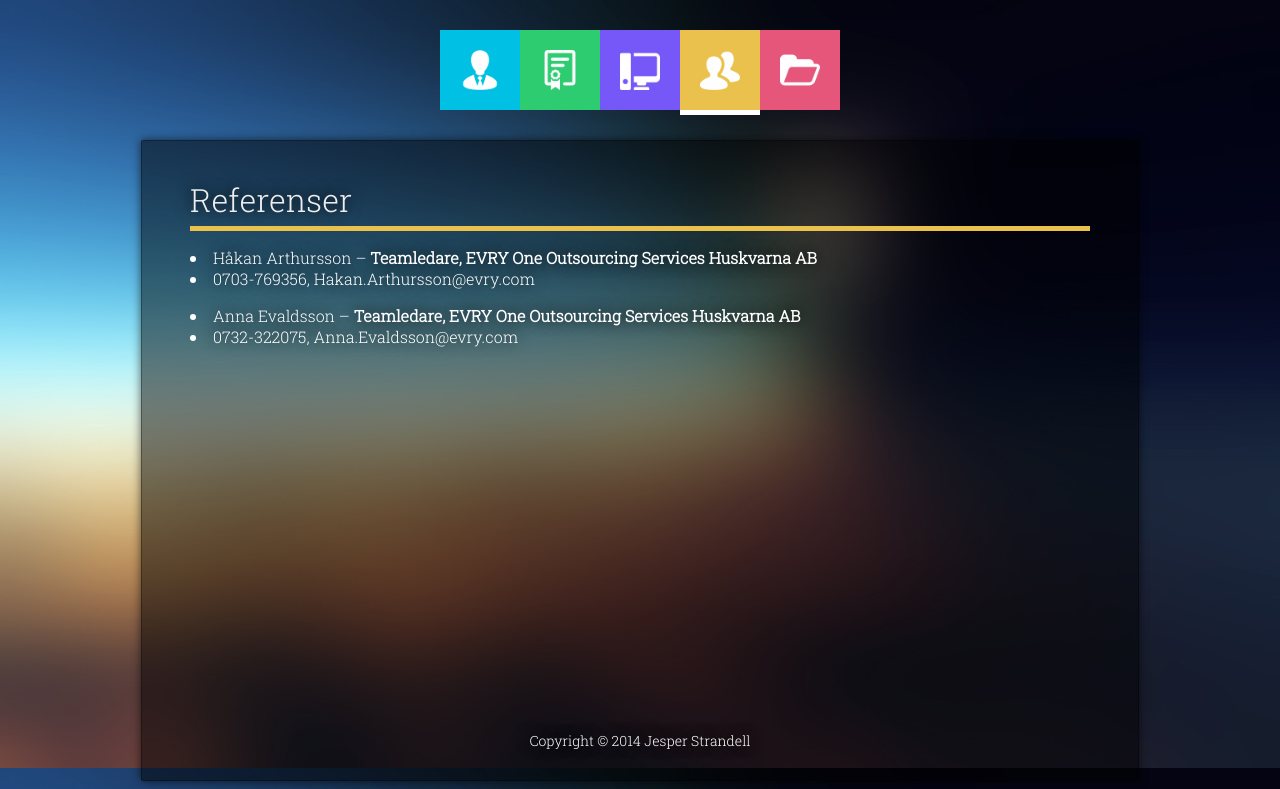
Repository: ja222vv/minipage
Page: pages/references.html
The author's editor kept a record of every edit. The page is drawn from the files as they stood at one moment, then again after the next edit.
The browser window is 1280 px wide. The pictures show the whole page.
Backgrounds fixed to the window are drawn as part of the page.

Above is the page before.
Not found: pages/scripts/script.js

### pages/references.html
<!doctype html>
<html lang="sv">
    <head>
        <meta charset="UTF-8" />
        <title>Portfolio</title>
        <link rel="stylesheet" href="../css/style.css" />
        <link rel="stylesheet" href="../css/hover.css" />
    </head>
    <body>
        <div class="menu">
            <div class="tile blue shrink" id="aboutme">
                <a href="../index.html">
            	<img src="../css/pics/personimage.png" class="icon" />
            	<span class="title"></span>
                </a>
            </div>
            <div class="tile mint shrink" id="experience">
                <a href="experience.html" id="link_exp">
            	<img src="../css/pics/diploma.png" class="icon" />
            	<span class="title"></span>
            	</a>
            </div>
            <div class="tile purple shrink" id="knowledge">
                <a href="knowledge.html">
            	<img src="../css/pics/workstation.png" class="icon" />
                <span class="title"></span>
                </a>
            </div>
            <div class="tile yellow active shrink" id="references">
                <a href="#">
                <img src="../css/pics/group.png" class="icon" />
            	<span class="title"></span>
                </a>
            </div>
            <div class="tile red shrink" id="portfolio">
            	<a href="portfolio.html">
            	<img src="../css/pics/folder.png" class="icon" />
            	<span class="title"></span>
            	</a>
            </div>
        </div>
        <div class="container">
		    <div class="headeryellow">
                <h1>Referenser</h1>
            </div>
            <div class="subcontent">
                <p>
                    <li>Håkan Arthursson – <b>Teamledare, EVRY One Outsourcing Services Huskvarna AB</b></li>
                    <li>0703-769356, Hakan.Arthursson@evry.com</li>
                </p>
                <p>
                    <li>Anna Evaldsson – <b>Teamledare, EVRY One Outsourcing Services Huskvarna AB</b></li>
                    <li>0732-322075, Anna.Evaldsson@evry.com</li>
                </p>
            </div>
		    <div class="footer">
		        <p>Copyright © 2014 Jesper Strandell</p>
		    </div>
        </div>
        <script type="text/javascript" src="scripts/script.js"></script>
    </body>
</html>

### css/style.css
@import url(//fonts.googleapis.com/css?family=Roboto+Slab:300);

@font-face {
    font-family: LeagueScript;
    src: url('LeagueScript.otf');
}

/*
outline: 7px solid rgba(255,255,255,0);
transition: outline .5s ease-out;
position: relative; /* outline */

html {
	background: #000 url(pics/wallpaper.jpg) no-repeat fixed center center;
	background-size: cover;
	overflow-y: scroll;
}

body {
	font-family: 'Roboto slab', serif;
	color: #FFFFFF;
	font-size: 16px;
	text-shadow: 1px 1px 15px #111;
}
img {
    border:none;
}
h1 {
  color: #eee;
  font-weight:normal;
}
.logotype {
    font-family: LeagueScript;
    font-size:36px;
    font-weight: bold;
    margin-left:30px;
    float:left;
}
.meta {
    font-size:20px;
    font-family: LeagueScript;
    text-align:center;
    margin-left:60px;
    float:left;
}
.meta p {
    margin:0;
    text-shadow: -1px -1px 15px #000000;
}
/* Menyn börjar */
.menu {
    width: 400px;
    height: 80px;
    margin-top:30px;
    margin-left:auto;
	margin-right:auto;
}
.headerblue {
    margin-left:auto;
	margin-right:auto;
	border-bottom: solid 5px #00c0e4;
}
.headermint {
    margin-left:auto;
	margin-right:auto;
	border-bottom: solid 5px #2ecc71;
}
.headerpurple {
    margin-left:auto;
	margin-right:auto;
	border-bottom: solid 5px #7658f8;
}
.headeryellow {
    margin-left:auto;
	margin-right:auto;
	border-bottom: solid 5px #eac14d;
}
.headerred {
    margin-left:auto;
	margin-right:auto;
	border-bottom: solid 5px #e6567a;
}
.headerblue h1, .headermint h1, .headerpurple h1, .headeryellow h1, .headerred h1 {
    margin-bottom: 5px;
}
.tile {
    width: 80px;
	height: 80px;
	text-align: center;
	float:left;
}
.tile > a {
	width: inherit;
	height: inherit;
	display: block;
	color: #fff;
	text-decoration: none !important;
}
.active {
    border-bottom:solid 5px #FFFFFF;
}
.blue {
    background-color: #00c0e4;
}
.mint {
    background-color: #2ecc71;
}
.purple {
    background-color: #7658f8;
}
.yellow {
    background-color: #eac14d;
}
.red {
    background-color: #e6567a;
}
.icon {
	max-width:40px;
    max-height:40px;
    width:auto;
    height:auto;
    margin-top:20px;
}
.title {
	display: block;
}
/* Menyn slutar */
/* Innehåll börjar*/
.container {
    padding: 1em 3em;
	width: 900px;
	min-height: 600px;
	margin-top: 30px;
	margin-left:auto;
	margin-right:auto;
	box-shadow: 0 0 10px rgba(0,0,0,.6);
	border-radius: 2px;
	border: 1px solid #000000;
	border: 1px solid rgba(0,0,0,.3);
	background: rgba(0,0,0,.5);
	text-shadow: -1px -1px 15px #000000;
	filter: progid:DXImageTransform.Microsoft.gradient(GradientType=0,startColorstr='#4c000000', endColorstr='#4c000000');

}
.subcontent {
    min-height: 470px;
}
.nostyle {
    list-style:none;
}
.footer {
    font-size: 14px;
    text-align:center;
}
/* Innehåll slutar*/


* {
	-webkit-touch-callout: none;
	-webkit-user-select: none;
	-khtml-user-select: none;
	-moz-user-select: none;
	-ms-user-select: none;
	user-select: none;
}

Loaded but not shown: css/hover.css (2067 lines, source omitted)

After the next edit:
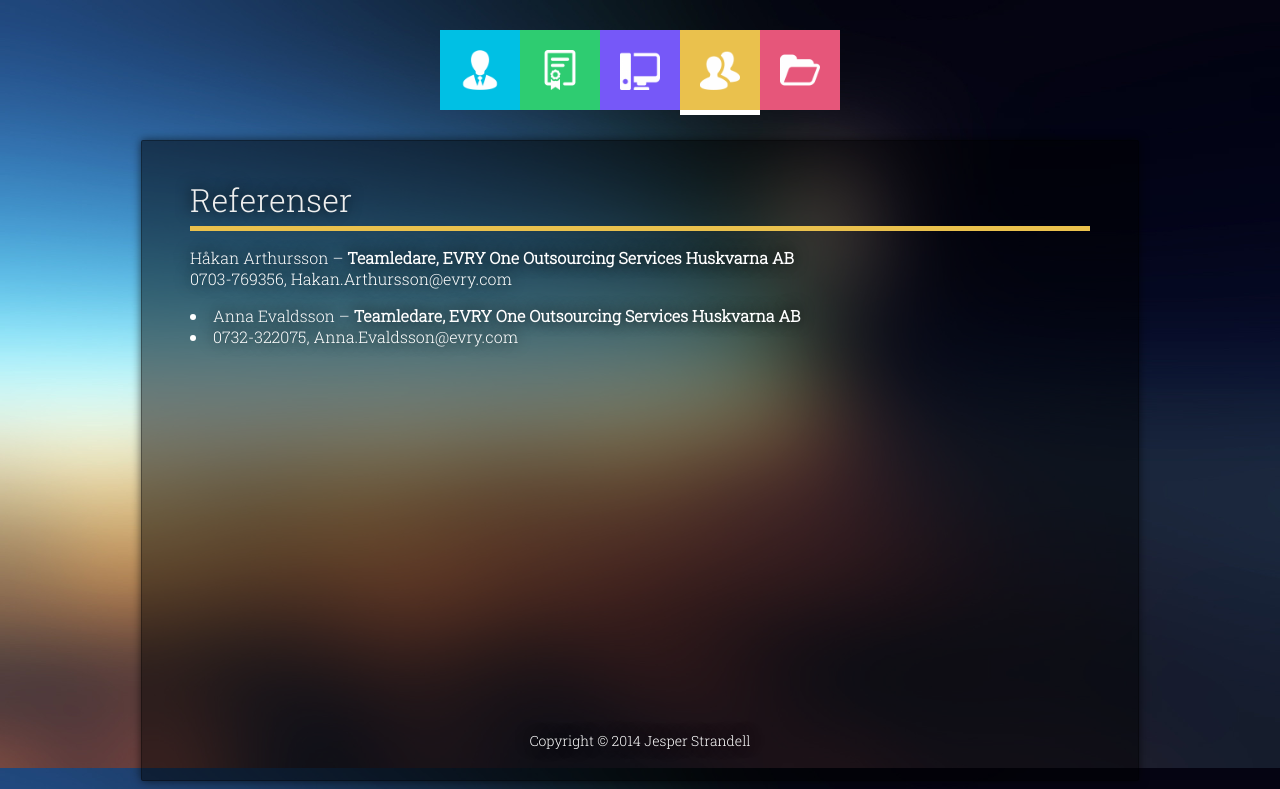
The edit:
--- a/pages/references.html
+++ b/pages/references.html
@@ -45,8 +45,8 @@
             </div>
             <div class="subcontent">
                 <p>
-                    <li>Håkan Arthursson – <b>Teamledare, EVRY One Outsourcing Services Huskvarna AB</b></li>
-                    <li>0703-769356, Hakan.Arthursson@evry.com</li>
+                    <li class="nostyle">Håkan Arthursson – <b>Teamledare, EVRY One Outsourcing Services Huskvarna AB</b></li>
+                    <li class="nostyle">0703-769356, Hakan.Arthursson@evry.com</li>
                 </p>
                 <p>
                     <li>Anna Evaldsson – <b>Teamledare, EVRY One Outsourcing Services Huskvarna AB</b></li>
